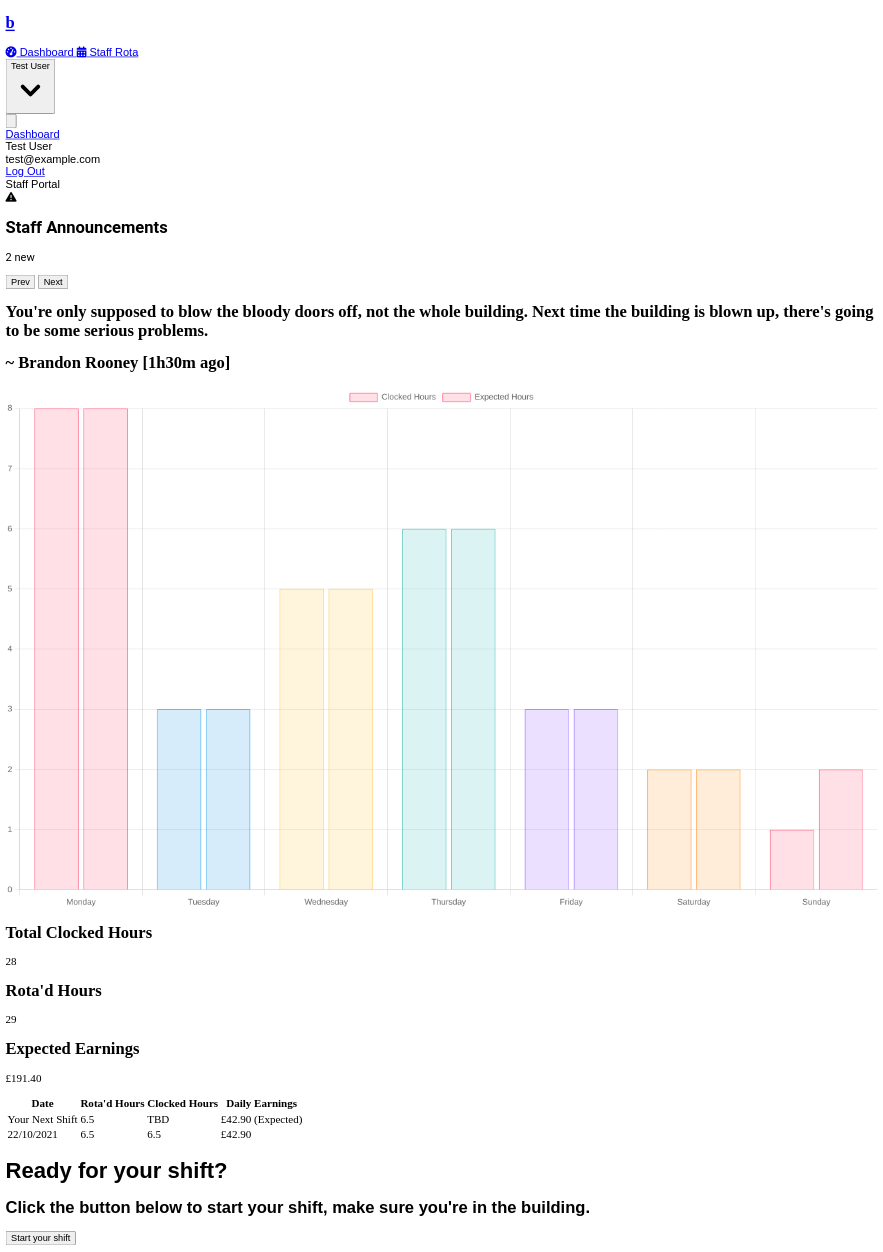
Repository: SimplyBrandon/blue-lounge
Page: http://localhost/dashboard
The author's editor kept a copy of each file at every save. The page is drawn from the files as they stood at one save, then again after the next save.
The browser window is 1280 px wide. The pictures show the whole page, at 69% of full size.
Some web libraries are served in a nearby version. The page is served by the project's Laravel application, run on PHP 8.4 with Laravel 8. A made-up administrator, Test User (test@example.com), is signed in. Other server files are loaded and not shown.

Above is the page before, as saved 2021-10-24 04:46:50.

### routes/web.php
<?php

use Illuminate\Support\Facades\Route;

/*
|--------------------------------------------------------------------------
| Web Routes
|--------------------------------------------------------------------------
|
| Here is where you can register web routes for your application. These
| routes are loaded by the RouteServiceProvider within a group which
| contains the "web" middleware group. Now create something great!
|
*/

Route::get('/', function () {
    return view('welcome');
})->name('welcome');

Route::get('/dashboard', function () {
    return view('dashboard');
})->middleware(['auth'])->name('dashboard');

Route::get('/rota', function(){
    return view('staff.rota');
})->middleware(['auth'])->name('rota');

require __DIR__.'/auth.php';

### resources/views/dashboard.blade.php
@extends('layouts.app')

@section('content')
    <div class="flex items-start max-w-7xl mx-auto mt-10 px-4 sm:px-6 lg:px-8">
        <div class="flex flex-col flex-grow mr-10">
            <div class="flex flex-col bg-black bg-opacity-30 rounded-md mb-8 shadow-md">
                <div class="flex items-center w-full px-6 py-4 text-white text-sm font-semibold uppercase tracking-wider" style="font-family: 'Roboto', sans-serif">
                    <div class="flex items-center">
                        <i class="fa fa-exclamation-triangle mr-3"></i>
                        <h2>Staff Announcements</h2>
                    </div>
                    <div class="flex items-center ml-auto">
                        <p class="bg-red-400 text-white px-4 py-1 text-xs rounded-md mr-5">2 new</p>
                        <button type="button" id="prev-announcement" class="mr-3 uppercase font-semibold">Prev</button>
                        <button type="button" id="next-announcement" class="uppercase font-semibold text-gray-500">Next</button>
                    </div>
                </div>
                <div class="flex flex-col flex-nowrap">
                    <div class="flex flex-col bg-white bg-opacity-5 rounded-b-md">
                        <h2 class="text-white px-6 py-3">You're only supposed to blow the bloody doors off, not the whole building. Next time the building is blown up, there's going to be some serious problems.</h2>
                        <h2 class="text-gray-300 italic font-semibold px-6 pb-3">~ Brandon Rooney <span class="text-xs text-gray-50">[1h30m ago]</span></h2>
                    </div>
                </div>
            </div>

            <div class="flex flex-col w-full bg-white bg-opacity-5 rounded-md shadow-md p-10">
                <canvas id="myChart" width="400" height="240"></canvas>
                <div class="flex items-center mt-8 pb-4 border-b-2 border-white border-opacity-5">
                    <div class="flex flex-col w-1/3">
                        <h2 class="text-gray-300 text-sm">Total Clocked Hours</h2>
                        <p class="text-white font-bold text-3xl">28</p>
                    </div>
                    <div class="flex flex-col w-1/3 text-center">
                        <h2 class="text-gray-300 text-sm">Rota'd Hours</h2>
                        <p class="text-white font-bold text-3xl">29</p>
                    </div>
                    <div class="flex flex-col w-1/3 text-right">
                        <h2 class="text-gray-300 text-sm">Expected Earnings</h2>
                        <p class="text-white font-bold text-3xl">£191.40</p>
                    </div>
                </div>
                <div class="flex flex-col w-full">
                    <table class="w-full">
                        <thead class="border-b-2 border-opacity-5 border-white">
                            <tr>
                                <th class="text-left text-white py-3">Date</th>
                                <th class="text-left text-white py-3">Rota'd Hours</th>
                                <th class="text-right text-white py-3">Clocked Hours</th>
                                <th class="text-white py-3 text-right">Daily Earnings</th>
                            </tr>
                        </thead>
                        <tbody>
                            <tr class="font-semibold">
                                <td class="text-left text-white py-3 uppercase text-sm">Your Next Shift</td>
                                <td class="text-left text-white py-3">6.5</td>
                                <td class="text-right text-white py-3">TBD</td>
                                <td class="text-right text-white py-3">£42.90 (Expected)</td>
                            </tr>
                            <tr>
                                <td class="text-left text-gray-400 py-3">22/10/2021</td>
                                <td class="text-left text-gray-400 py-3">6.5</td>
                                <td class="text-right text-gray-400 py-3">6.5</td>
                                <td class="text-right text-gray-400 py-3">£42.90</td>
                            </tr>
                        </tbody>
                    </table>
                </div>
            </div>
        </div>
        <div class="flex flex-col" style="min-width: 340px;">
            <div class="flex flex-col bg-blue-400 rounded-md bg-opacity-20 justify-center p-10" style="font-family: 'Quicksand', sans-serif">
                <h1 class="font-semibold text-2xl text-white tracking-wider" style="font-family: 'Bebas Neue', sans-serif">Ready for your shift?</h1>
                <h2 class="text-gray-300 text-justify text-sm mt-2">Click the button below to start your shift, make sure you're in the building.</h2>

                <button type="button" class="bg-blue-400 hover:bg-blue-500 w-full mt-10 py-3 text-white text-sm uppercase font-semibold tracking-wide rounded-md shadow-md transition ease duration-200">Start your shift</button>
            </div>
        </div>
    </div>

    <script>
        var ctx = document.getElementById('myChart').getContext('2d');
        var myChart = new Chart(ctx, {
            type: 'bar',
            data: {
                labels: ['Monday', 'Tuesday', 'Wednesday', 'Thursday', 'Friday', 'Saturday', 'Sunday'],
                datasets: [{
                    label: 'Clocked Hours',
                    data: [8, 3, 5, 6, 3, 2, 1],
                    backgroundColor: [
                        'rgba(255, 99, 132, 0.2)',
                        'rgba(54, 162, 235, 0.2)',
                        'rgba(255, 206, 86, 0.2)',
                        'rgba(75, 192, 192, 0.2)',
                        'rgba(153, 102, 255, 0.2)',
                        'rgba(255, 159, 64, 0.2)'
                    ],
                    borderColor: [
                        'rgba(255, 99, 132, 1)',
                        'rgba(54, 162, 235, 1)',
                        'rgba(255, 206, 86, 1)',
                        'rgba(75, 192, 192, 1)',
                        'rgba(153, 102, 255, 1)',
                        'rgba(255, 159, 64, 1)'
                    ],
                    borderWidth: 1
                }, {
                    label: 'Expected Hours',
                    data: [8, 3, 5, 6, 3, 2, 2],
                    backgroundColor: [
                        'rgba(255, 99, 132, 0.2)',
                        'rgba(54, 162, 235, 0.2)',
                        'rgba(255, 206, 86, 0.2)',
                        'rgba(75, 192, 192, 0.2)',
                        'rgba(153, 102, 255, 0.2)',
                        'rgba(255, 159, 64, 0.2)'
                    ],
                    borderColor: [
                        'rgba(255, 99, 132, 1)',
                        'rgba(54, 162, 235, 1)',
                        'rgba(255, 206, 86, 1)',
                        'rgba(75, 192, 192, 1)',
                        'rgba(153, 102, 255, 1)',
                        'rgba(255, 159, 64, 1)'
                    ],
                    borderWidth: 1
                }]
            },
            options: {
                scales: {
                    y: {
                        beginAtZero: true
                    }
                }
            }
        });
    </script>
@endsection

### resources/views/layouts/app.blade.php
<!DOCTYPE html>
<html lang="{{ str_replace('_', '-', app()->getLocale()) }}">
    <head>
        <meta charset="utf-8">
        <meta name="viewport" content="width=device-width, initial-scale=1">
        <meta name="csrf-token" content="{{ csrf_token() }}">

        <title>{{ config('app.name', 'Laravel') }}</title>

        <!-- Fonts -->
        <link rel="stylesheet" href="https://fonts.googleapis.com/css2?family=Nunito:wght@400;600;700&display=swap">

        <!-- Styles -->
        <link rel="stylesheet" href="{{ asset('css/app.css') }}">
        @yield('styles')

        <!-- Scripts -->
        <script src="{{ asset('js/app.js') }}" defer></script>
        <script type="text/javascript" src="https://cdn.jsdelivr.net/npm/chart.js@3.5.1/dist/chart.min.js"></script>
    </head>
    <body class="font-sans antialiased">
        <div class="min-h-screen bg-gray-900">
            @include('layouts.navigation')

            <!-- Page Heading -->
            <header class="bg-gray-800 shadow">
                <div class="max-w-7xl mx-auto py-6 px-4 sm:px-6 lg:px-8 tracking-wide text-white text-2xl font-semibold" style="font-family: 'Quicksand', sans-serif">
                    @if(request()->routeIs('rota'))
                        {{ __('Staff Rota') }}
                    @elseif(request()->routeIs('dashboard'))
                        {{ __('Staff Portal') }}
                    @endif
                </div>
            </header>

            <!-- Page Content -->
            <main>
                @yield('content')
            </main>
        </div>

        <script src="https://code.jquery.com/jquery-3.6.0.min.js" integrity="sha256-/xUj+3OJU5yExlq6GSYGSHk7tPXikynS7ogEvDej/m4=" crossorigin="anonymous"></script>
        <script type="text/javascript" src="{{ asset('js/parallax.min.js') }}"></script>
        <script src="https://kit.fontawesome.com/69ebd03f48.js" crossorigin="anonymous"></script>
        @yield('scripts')
    </body>
</html>

### resources/views/layouts/navigation.blade.php
<nav x-data="{ open: false }" class="bg-gray-800 border-b border-gray-900" style="font-family: 'Quicksand', sans-serif">
    <!-- Primary Navigation Menu -->
    <div class="max-w-7xl mx-auto px-4 sm:px-6 lg:px-8">
        <div class="flex justify-between h-16">
            <div class="flex">
                <!-- Logo -->
                <div class="flex-shrink-0 flex items-center">
                    <a href="{{ route('dashboard') }}">
                        <h2 class="font-semibold text-blue-400 text-4xl" style="font-family: 'Righteous', cursive">b</h2>
                    </a>
                </div>

                <!-- Navigation Links -->
                <div class="hidden space-x-8 sm:-my-px sm:ml-10 sm:flex">
                    <x-nav-link :href="route('dashboard')" :active="request()->routeIs('dashboard')">
                        <i class="fa fa-tachometer mr-3"></i> {{ __('Dashboard') }}
                    </x-nav-link>
                    <x-nav-link :href="route('rota')" :active="request()->routeIs('rota')">
                        <i class="fa fa-calendar mr-3"></i> {{ __('Staff Rota') }}
                    </x-nav-link>
                </div>
            </div>

            <!-- Settings Dropdown -->
            <div class="hidden sm:flex sm:items-center sm:ml-6">
                <x-dropdown align="right" width="48">
                    <x-slot name="trigger">
                        <button class="flex items-center text-sm font-medium text-white hover:text-blue-400 hover:border-gray-300 focus:outline-none focus:text-blue-300 focus:border-gray-300 transition duration-150 ease-in-out">
                            <div>{{ Auth::user()->name }}</div>

                            <div class="ml-1">
                                <svg class="fill-current h-4 w-4" xmlns="http://www.w3.org/2000/svg" viewBox="0 0 20 20">
                                    <path fill-rule="evenodd" d="M5.293 7.293a1 1 0 011.414 0L10 10.586l3.293-3.293a1 1 0 111.414 1.414l-4 4a1 1 0 01-1.414 0l-4-4a1 1 0 010-1.414z" clip-rule="evenodd" />
                                </svg>
                            </div>
                        </button>
                    </x-slot>

                    <x-slot name="content">
                        <x-dropdown-link :href="route('welcome')">{{ __('Account Settings') }}</x-dropdown-link>
                        <div class="w-full h-px bg-gray-800"></div>
                        <form method="POST" action="{{ route('logout') }}">@csrf
                            <x-dropdown-link :href="route('logout')" onclick="event.preventDefault(); this.closest('form').submit();">
                                {{ __('Log Out') }}
                            </x-dropdown-link>
                        </form>
                    </x-slot>
                </x-dropdown>
            </div>

            <!-- Hamburger -->
            <div class="-mr-2 flex items-center sm:hidden">
                <button @click="open = ! open" class="inline-flex items-center justify-center p-2 rounded-md text-gray-400 hover:text-gray-500 hover:bg-gray-100 focus:outline-none focus:bg-gray-100 focus:text-gray-500 transition duration-150 ease-in-out">
                    <svg class="h-6 w-6" stroke="currentColor" fill="none" viewBox="0 0 24 24">
                        <path :class="{'hidden': open, 'inline-flex': ! open }" class="inline-flex" stroke-linecap="round" stroke-linejoin="round" stroke-width="2" d="M4 6h16M4 12h16M4 18h16" />
                        <path :class="{'hidden': ! open, 'inline-flex': open }" class="hidden" stroke-linecap="round" stroke-linejoin="round" stroke-width="2" d="M6 18L18 6M6 6l12 12" />
                    </svg>
                </button>
            </div>
        </div>
    </div>

    <!-- Responsive Navigation Menu -->
    <div :class="{'block': open, 'hidden': ! open}" class="hidden sm:hidden">
        <div class="pt-2 pb-3 space-y-1">
            <x-responsive-nav-link :href="route('dashboard')" :active="request()->routeIs('dashboard')">
                {{ __('Dashboard') }}
            </x-responsive-nav-link>
        </div>

        <!-- Responsive Settings Options -->
        <div class="pt-4 pb-1 border-t border-gray-200">
            <div class="px-4">
                <div class="font-medium text-base text-gray-800">{{ Auth::user()->name }}</div>
                <div class="font-medium text-sm text-gray-500">{{ Auth::user()->email }}</div>
            </div>

            <div class="mt-3 space-y-1">
                <!-- Authentication -->
                <form method="POST" action="{{ route('logout') }}">
                    @csrf

                    <x-responsive-nav-link :href="route('logout')"
                            onclick="event.preventDefault();
                                        this.closest('form').submit();">
                        {{ __('Log Out') }}
                    </x-responsive-nav-link>
                </form>
            </div>
        </div>
    </div>
</nav>

### resources/views/components/nav-link.blade.php
@props(['active'])

@php $classes = ($active ?? false) ? 'inline-flex items-center px-1 pt-1 text-sm font-medium leading-5 text-white focus:outline-none transition duration-150 ease-in-out' : 'inline-flex items-center px-1 pt-1 text-sm font-medium leading-5 text-gray-400 focus:outline-none transition duration-150 ease-in-out hover:text-blue-500'; @endphp

<a {{ $attributes->merge(['class' => $classes]) }}>
    {{ $slot }}
</a>

### resources/views/components/dropdown-link.blade.php
<a {{ $attributes->merge(['class' => 'block px-4 py-2 text-sm leading-5 text-gray-500 focus:outline-none hover:text-blue-400 transition duration-150 ease-in-out']) }}>{{ $slot }}</a>

### resources/views/components/dropdown.blade.php
@props(['align' => 'right', 'width' => '48', 'contentClasses' => 'py-1 bg-white'])

@php
switch ($align) {
    case 'left':
        $alignmentClasses = 'origin-top-left left-0';
        break;
    case 'top':
        $alignmentClasses = 'origin-top';
        break;
    case 'right':
    default:
        $alignmentClasses = 'origin-top-right right-0';
        break;
}

switch ($width) {
    case '48':
        $width = 'w-48';
        break;
}
@endphp

<div class="relative shadow-md" x-data="{ open: false }" @click.away="open = false" @close.stop="open = false">
    <div @click="open = ! open">
        {{ $trigger }}
    </div>

    <div x-show="open"
            x-transition:enter="transition ease-out duration-200"
            x-transition:enter-start="transform opacity-0 scale-95"
            x-transition:enter-end="transform opacity-100 scale-100"
            x-transition:leave="transition ease-in duration-75"
            x-transition:leave-start="transform opacity-100 scale-100"
            x-transition:leave-end="transform opacity-0 scale-95"
            class="absolute z-50 mt-2 {{ $width }} rounded-md shadow-lg {{ $alignmentClasses }}"
            style="display: none;"
            @click="open = false">
        <div class="bg-gray-900 border-gray-800 rounded-md ring-1 {{ $contentClasses }}">
            {{ $content }}
        </div>
    </div>
</div>

Loaded but not shown: routes/auth.php (common file); app/Models/User.php (common file); resources/views/components/responsive-nav-link.blade.php (common file); public/js/parallax.min.js (library); public/js/app.js (library)

After the next save:
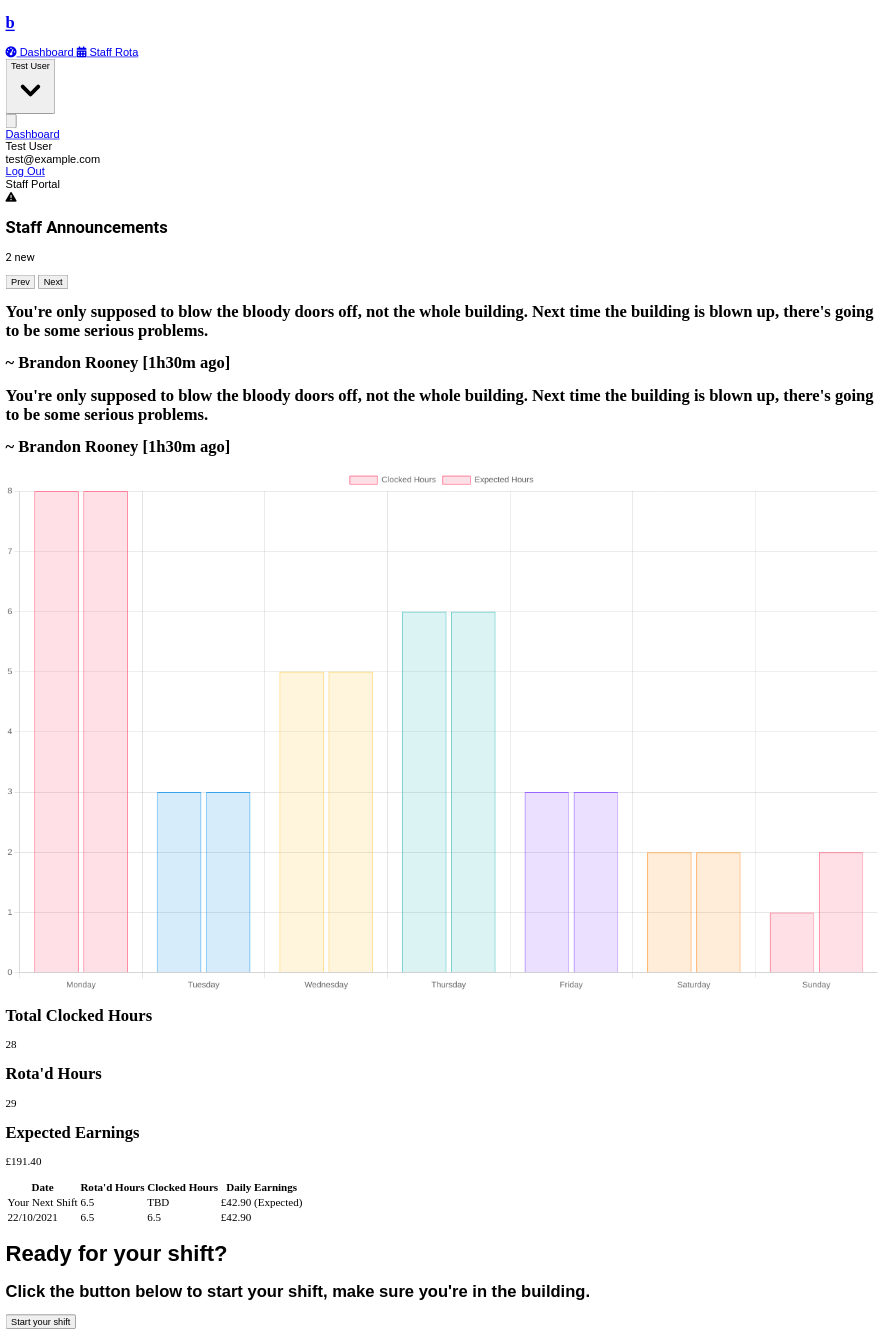
Saved 6 s later.
--- a/resources/views/dashboard.blade.php
+++ b/resources/views/dashboard.blade.php
@@ -16,6 +16,10 @@
                     </div>
                 </div>
                 <div class="flex flex-col flex-nowrap">
+                    <div class="flex flex-col bg-white bg-opacity-5 rounded-b-md">
+                        <h2 class="text-white px-6 py-3">You're only supposed to blow the bloody doors off, not the whole building. Next time the building is blown up, there's going to be some serious problems.</h2>
+                        <h2 class="text-gray-300 italic font-semibold px-6 pb-3">~ Brandon Rooney <span class="text-xs text-gray-50">[1h30m ago]</span></h2>
+                    </div>
                     <div class="flex flex-col bg-white bg-opacity-5 rounded-b-md">
                         <h2 class="text-white px-6 py-3">You're only supposed to blow the bloody doors off, not the whole building. Next time the building is blown up, there's going to be some serious problems.</h2>
                         <h2 class="text-gray-300 italic font-semibold px-6 pb-3">~ Brandon Rooney <span class="text-xs text-gray-50">[1h30m ago]</span></h2>
